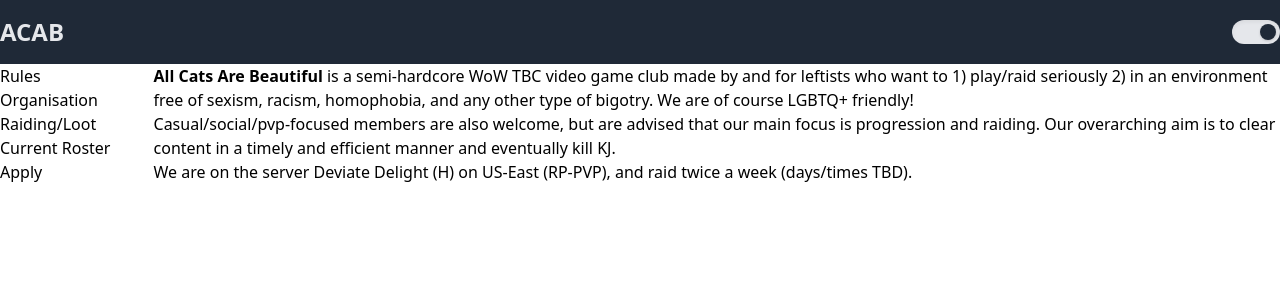
Repository: eaang/catguild_frontend
Page: /
An editor plug-in stored every save of this project. The page is shown before and after the next save, followed by the edit.
The browser window is 1280 px wide. The pictures show the whole page.
The project was rebuilt for these pictures with package versions that can differ from the ones it lists, and the page was loaded fresh each time. The framework's server and built-in components were replaced by stand-ins that run in the browser. Also part of the build but not shown: nuxt.config.js, components/ContentBox.vue, components/ContentEditor.vue, components/ImageBox.vue, components/SidebarMain.vue, components/SidebarSub.vue, components/TheFoooter.vue, components/icons/ChevronDown.vue and 19 more. Imported but missing from the stored project, and not drawn on this page: apollo/queries/categories/category.

Above is the page before, as saved 2021-04-02 18:48:14.

After the next save:
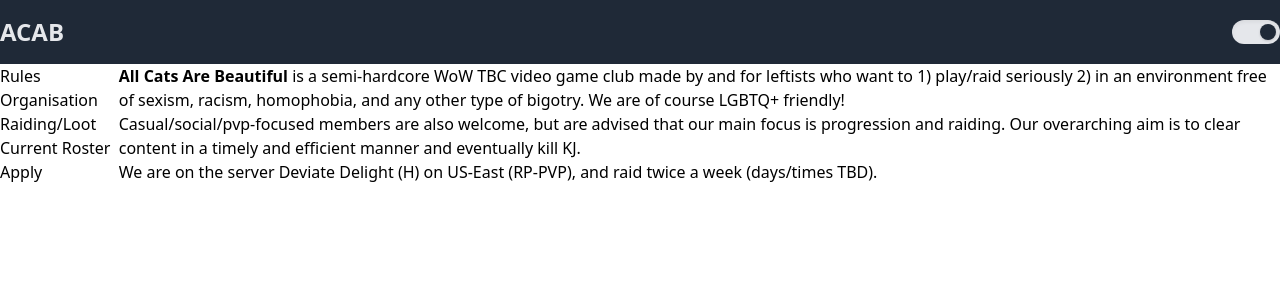
Saved 13 s later.
--- a/layouts/default.vue
+++ b/layouts/default.vue
@@ -3,7 +3,7 @@
     <TheHeader class="absolute inset-x-0 top-0" />
     <div class="container">
       <div class="flex">
-        <TheSidebar class="w-64 h-full" />
+        <TheSidebar class="w-48 h-full" />
         <Nuxt />
       </div>
       <TheFooter />
